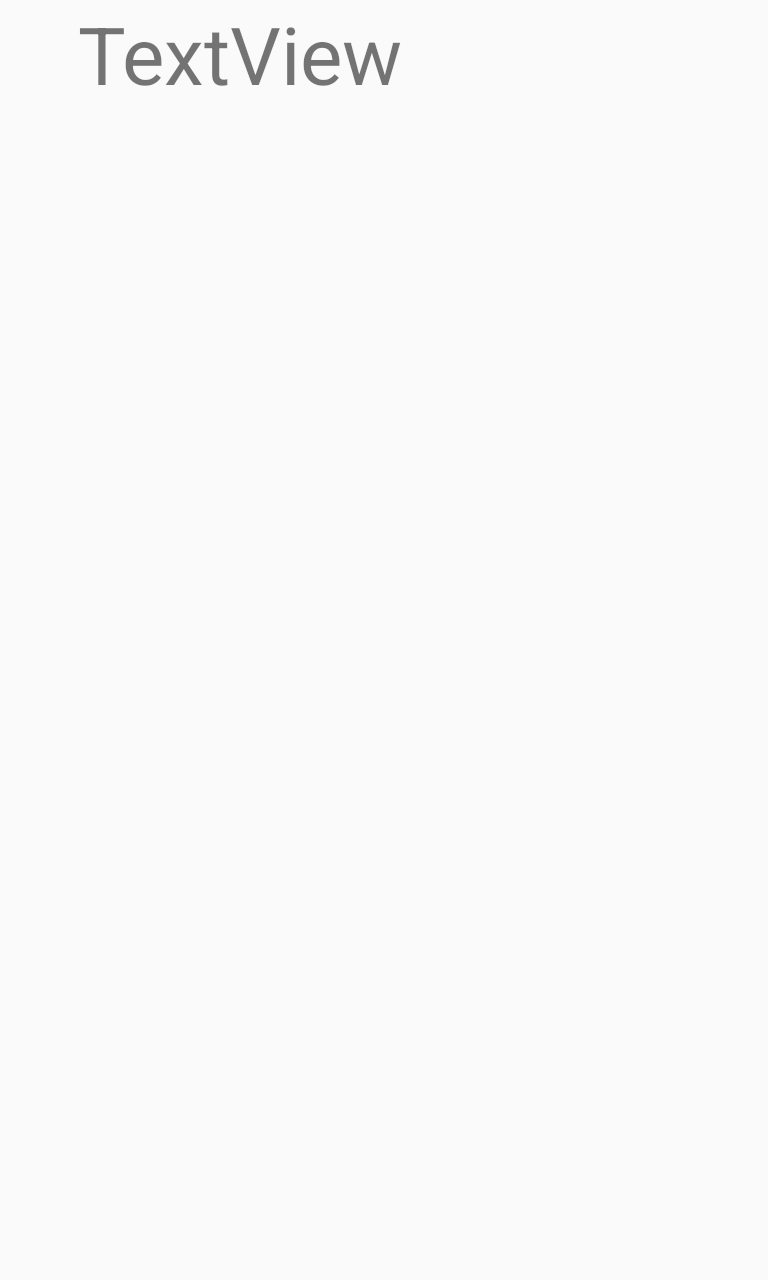
Repository: HelloLZ/WeatherReport
Layout: SunnyWeather/SunnyWeather/res/layout/item_city_list.xml
These files come from the project's save history. The layout is drawn as it stood at one moment and after the next save; the edit follows.
It is drawn on a 768 x 1280 px phone screen (xhdpi) without system bars, with theme AppTheme; the app's code is not run.

Above is the layout before, as saved 2014-11-07 12:41:30.

After the next save:
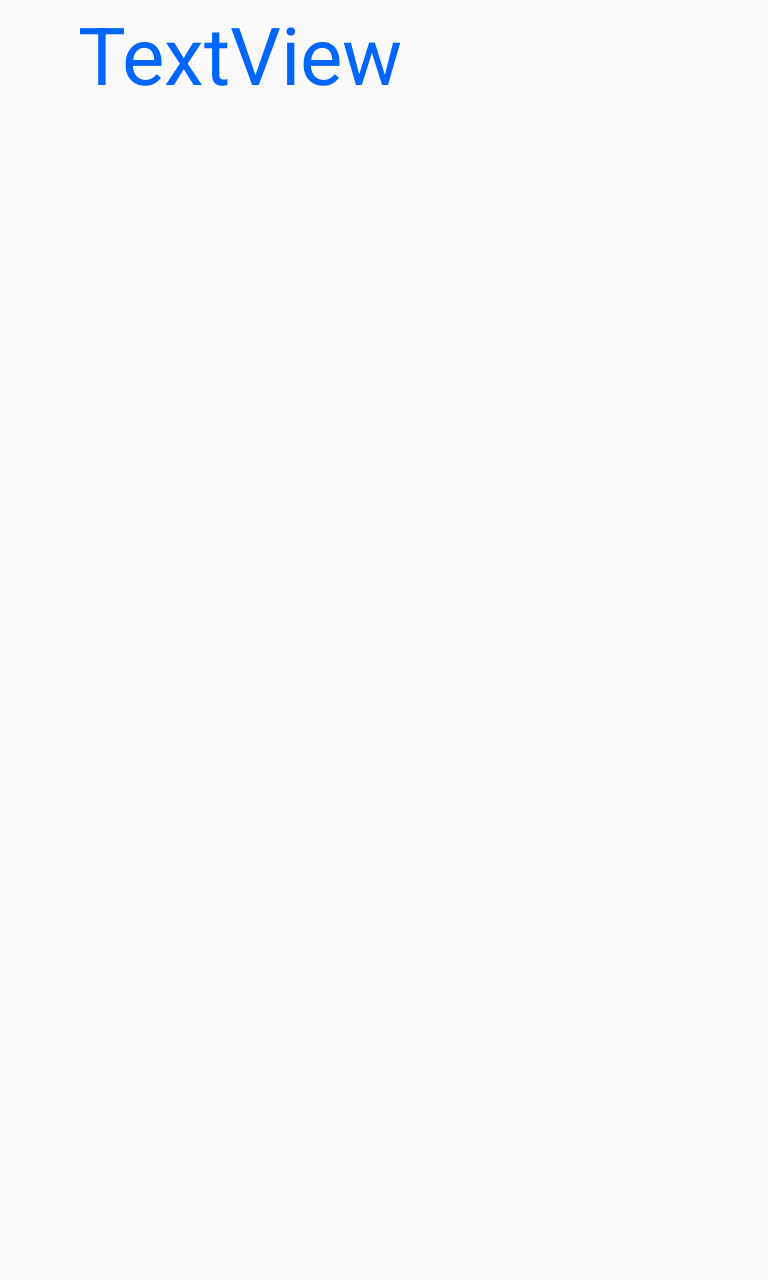
Saved 63 s later.
--- a/SunnyWeather/SunnyWeather/res/layout/item_city_list.xml
+++ b/SunnyWeather/SunnyWeather/res/layout/item_city_list.xml
@@ -10,7 +10,8 @@
         android:layout_alignParentLeft="true"
         android:layout_marginLeft="39dp"
         android:text="TextView"
-        android:textSize="40sp"/>
+        android:textSize="40sp"
+        android:textColor="#0066FF"/>
 
     <CheckBox
         android:id="@+id/checkbox_delect_mycity"
